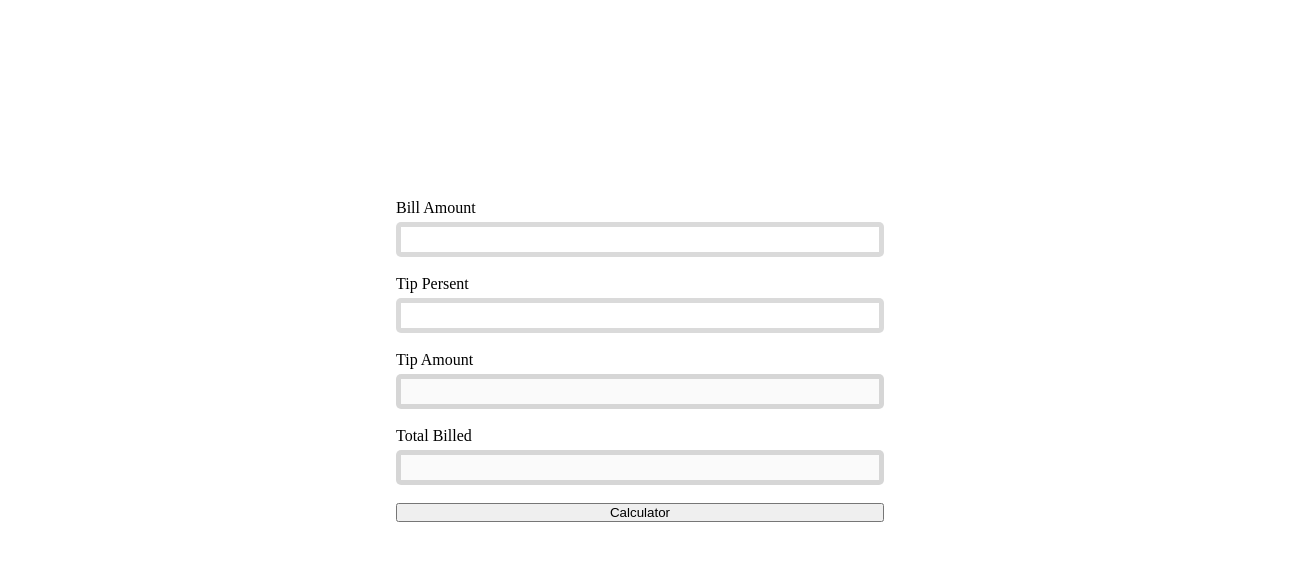
Repository: ZainAkbar51214/Tip-Calculator
Page: index.html
These files come from the project's save history. The page is drawn as it stood at one moment and after the next save; the edit follows.
The browser window is 1280 px wide. The page is 1300 px wide, so the pictures cover 1300 px, including what lies to the right of the window. The pictures show the whole page.
The style sheet was rebuilt from its Sass, Less or Tailwind sources for each picture, by a compiler version that may differ from the author's.

Above is the page before, as saved 2024-03-25 10:08:32.

### index.html
<!DOCTYPE html>
<html lang="en">

<head>
    <meta charset="UTF-8">
    <meta name="viewport" content="width=device-width, initial-scale=1.0">
    <title>Tip Calculator</title>
    <!-- css custom link -->
    <link rel="stylesheet" href="css/style.css">
</head>

<body>
    <div class="container">
        <div class="row">
            <div class="col">
                <div class="calculator">
                    <label>Bill Amount</label>
                    <input type="text" name="" id="tip_amount">
                    <br>
                    <label>Tip Persent</label>
                    <input type="text" name="" id="tip_persent">
                    <br>
                    <label>Tip Amount</label>
                    <input type="text" name="" id="tip_total" disabled>
                    <br>
                    <label>Total Billed</label>
                    <input type="text" name="" id="total_billed" disabled>
                    <br>
                    <button class="btn" onclick="tipCalculate()">Calculator</button>
                </div>
            </div>
        </div>
    </div>
</body>

</html>

### css/style.scss
*{
    margin: 0;
    padding: 0;
    box-sizing: border-box;
}

.container{
    width: 100%;
    max-width: 1350px;
    margin: auto;

    .row{
        display: flex;
        flex-wrap: wrap;
        margin-left: -20px;
        margin-right: -20px;
        height: 100vh;

        .col{
            flex: 0 0 40%;
            margin: auto;
            padding: 20px;

            .calculator{
                display: flex;
                flex-direction: column;

                label{
                    margin-bottom: 5px;
                }

                input{
                    height: 35px;
                    border-radius: 5px;
                    border: 5px solid #00000025;
                }
            }
        }
    }
}

After the next save:
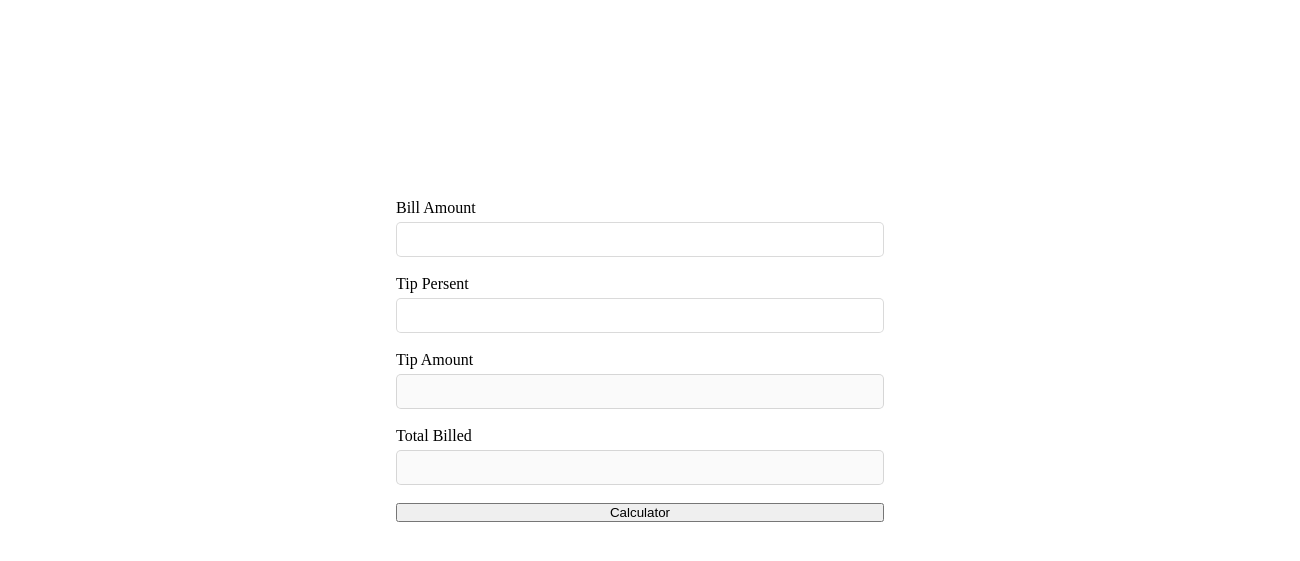
Saved 10 s later.
--- a/css/style.scss
+++ b/css/style.scss
@@ -32,7 +32,7 @@
                 input{
                     height: 35px;
                     border-radius: 5px;
-                    border: 5px solid #00000025;
+                    border: 1px solid #00000025;
                 }
             }
         }
